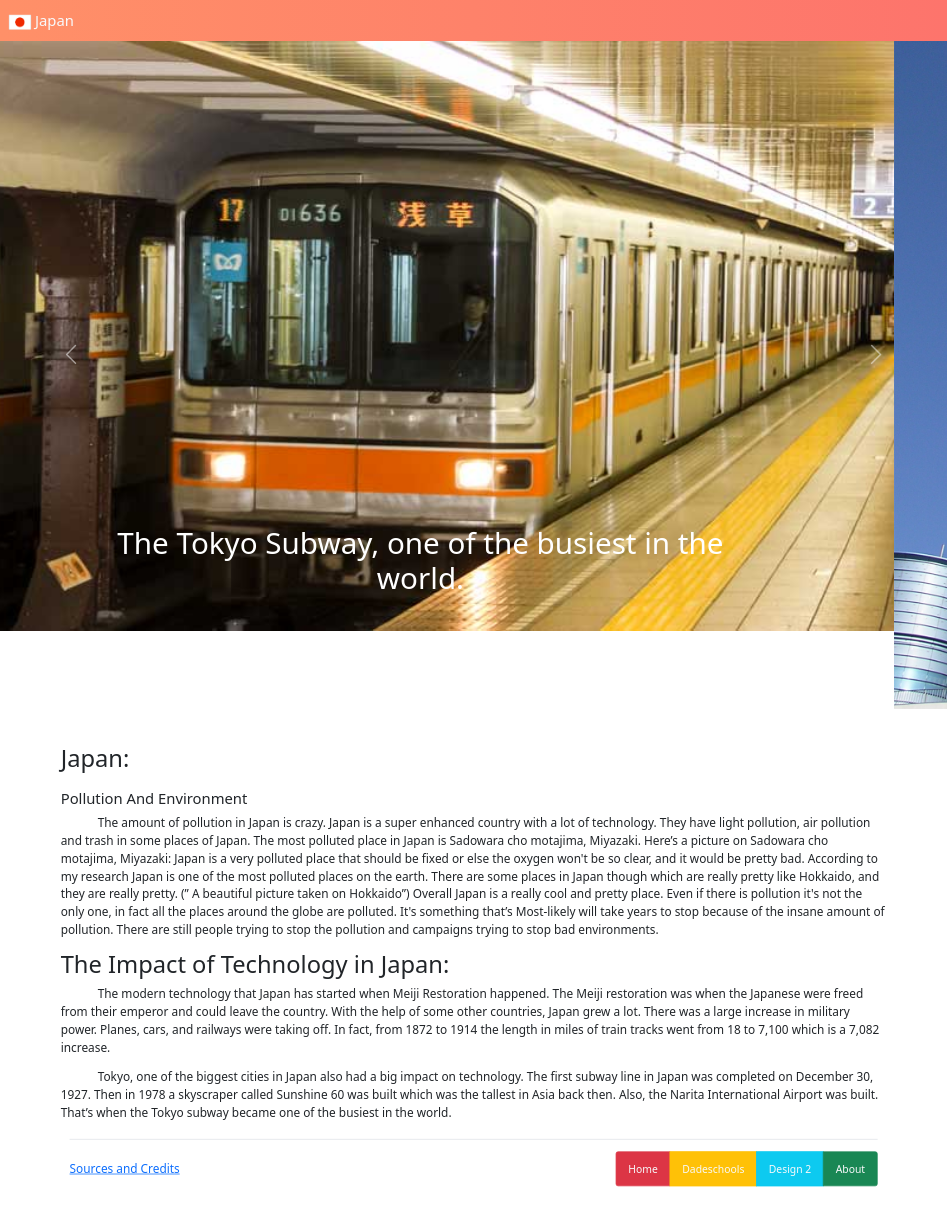
Repository: mrchilliballs/mrchilliballs.github.io
Page: index.html
These files come from the project's save history. The page is drawn as it stood at one moment and after the next save; the edit follows.
The browser window is 1280 px wide. The pictures show the whole page, at 74% of full size.

Above is the page before, as saved 2021-09-03 16:03:26.

After the next save:
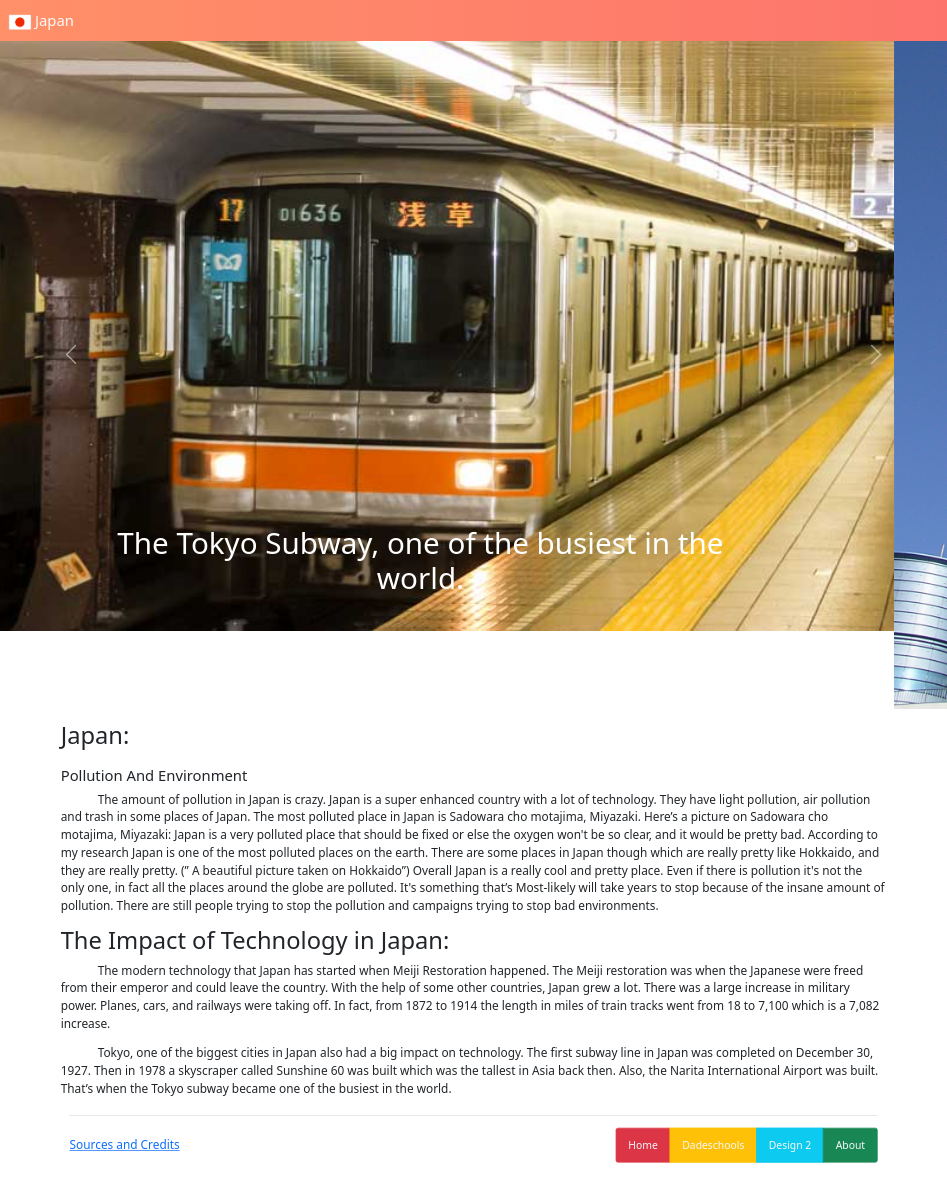
Saved 9 s later.
--- a/index.html
+++ b/index.html
@@ -100,7 +100,7 @@
         </button>
       </div>
     <main class="container">
-        <h2 style="margin-bottom: 0 !important;" class="mt-5">Japan:</h2> <br><h5>Pollution And Environment</h5>
+        <h2 style="margin-bottom: 0 !important;" class="mt-5 mt-sm-3">Japan:</h2> <br><h5>Pollution And Environment</h5>
 
 <p style="text-indent: 50px;">The amount of pollution in Japan is crazy. Japan is a super enhanced country with a lot of technology.
 They have light pollution, air pollution and trash in some places of Japan. The most polluted place in Japan is Sadowara cho motajima, Miyazaki. Here’s a picture on Sadowara cho motajima, Miyazaki:
